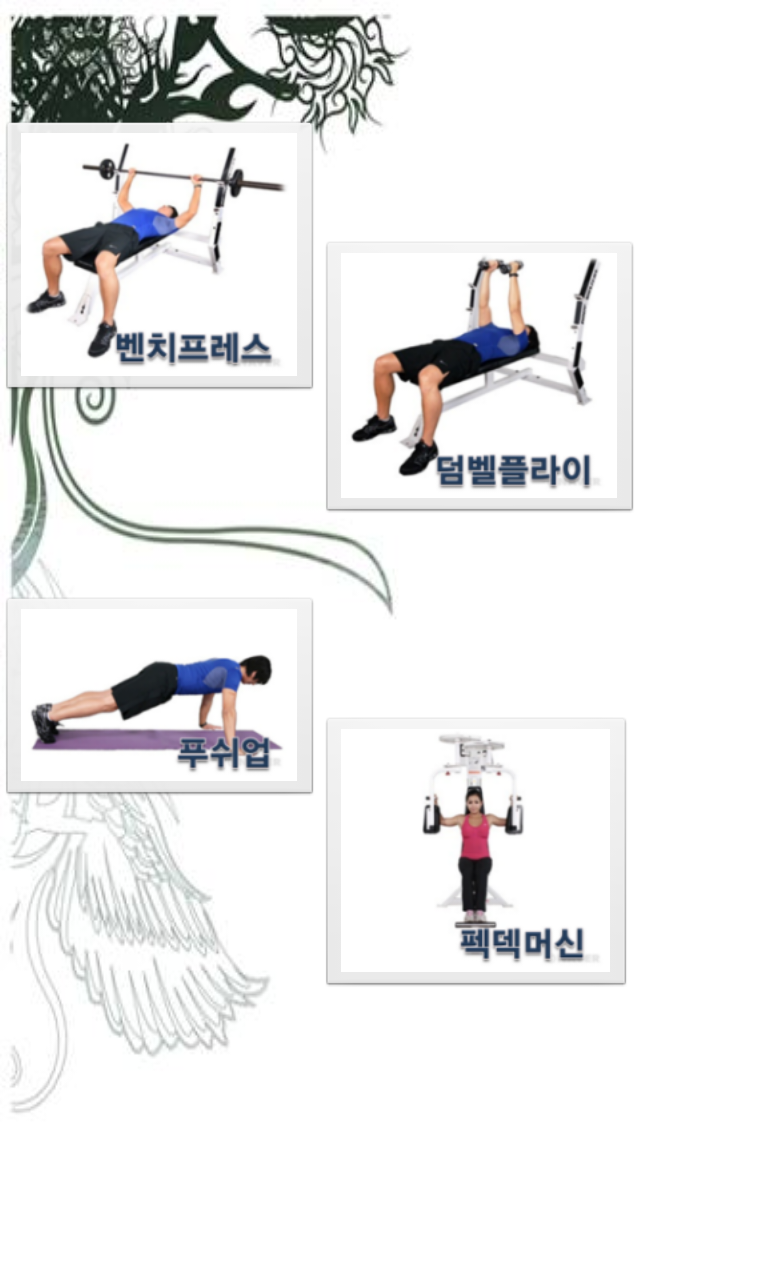
Repository: LewisLim579/2013TeamProject
Layout: PtsApp/res/layout/sa2.xml
These files come from the project's save history. The layout is drawn as it stood at one moment and after the next save; the edit follows.
It is drawn on a 768 x 1280 px phone screen (xhdpi) without system bars, with theme android:Theme.NoTitleBar.Fullscreen; the app's code is not run.

Above is the layout before, as saved 2013-05-27 16:48:47.

After the next save:
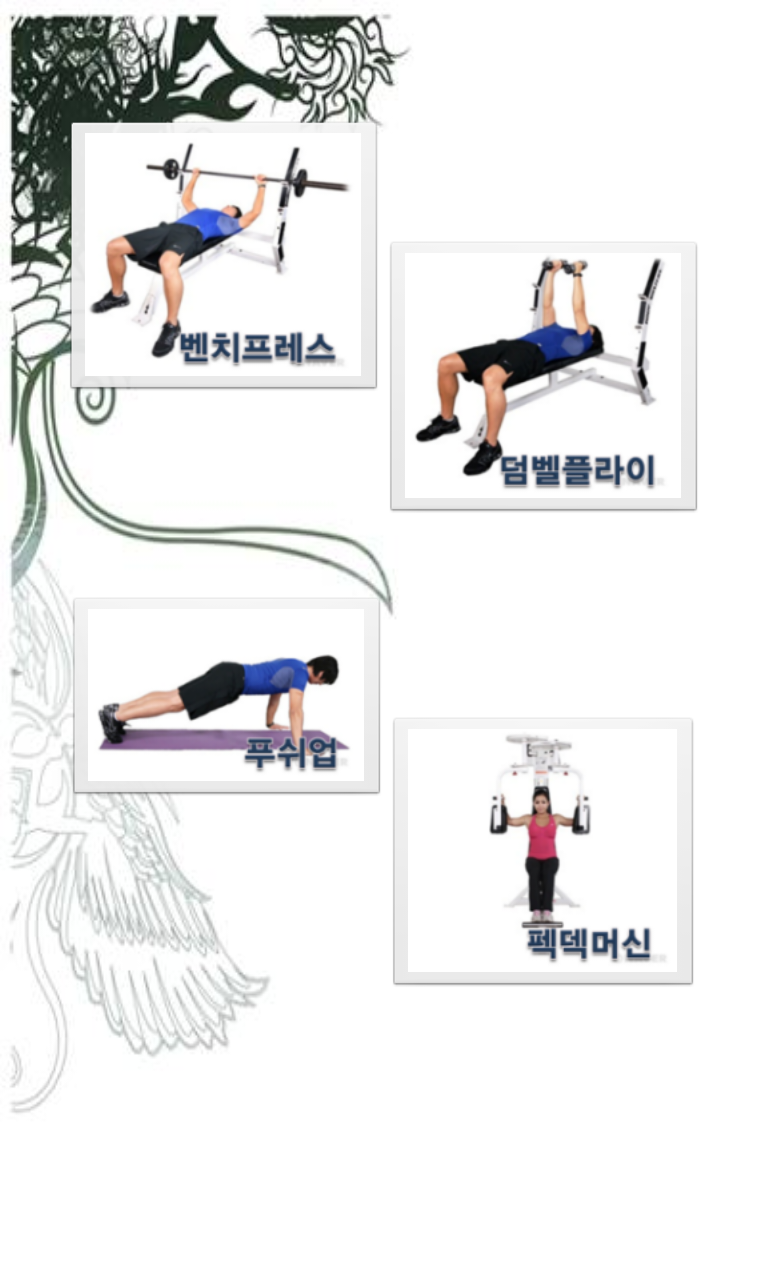
Saved 67 s later.
--- a/PtsApp/res/layout/sa2.xml
+++ b/PtsApp/res/layout/sa2.xml
@@ -7,7 +7,8 @@
     <LinearLayout
         android:layout_width="wrap_content"
         android:layout_height="238dp"
-        android:layout_marginTop="60dp" >
+        android:layout_marginTop="60dp"
+        android:layout_gravity="center" >
 
         <ImageButton
             android:id="@+id/imageButton1"
@@ -25,7 +26,8 @@
 
     <LinearLayout
         android:layout_width="wrap_content"
-        android:layout_height="258dp" >
+        android:layout_height="258dp"
+        android:layout_gravity="center" >
 
         <ImageButton
             android:id="@+id/imageButton3"
